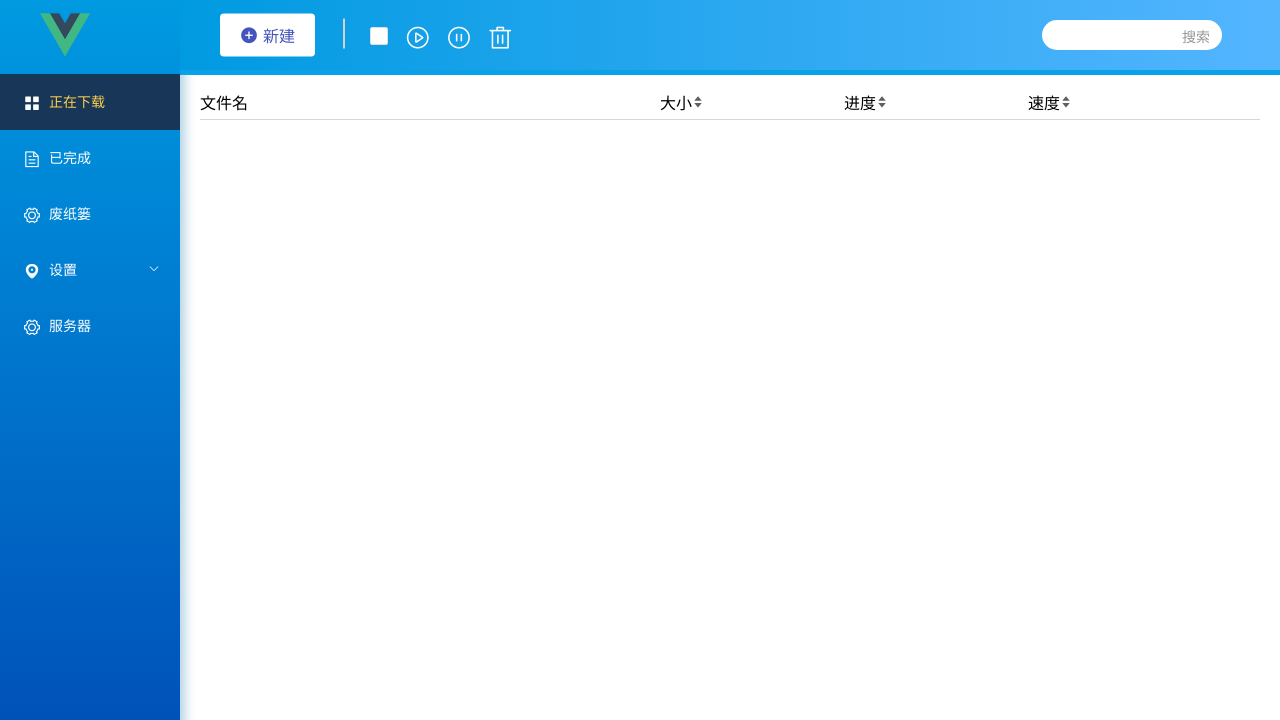
Repository: Ahui-qn/Aria2
Page: /
The author's editor kept a copy of each file at every save. The page is drawn from the files as they stood at one save, then again after the next save.
The browser window is 1280 px wide. The pictures show the whole page.
The page's requests for data from a server got no answer. The project was rebuilt for these pictures with package versions that can differ from the ones it lists, and the page was loaded fresh each time. No one was signed in, and anything a server would have sent is missing. Also part of the build but not shown: src/components/Tables.vue.

Above is the page before, as saved 2021-11-03 11:25:30.

After the next save:
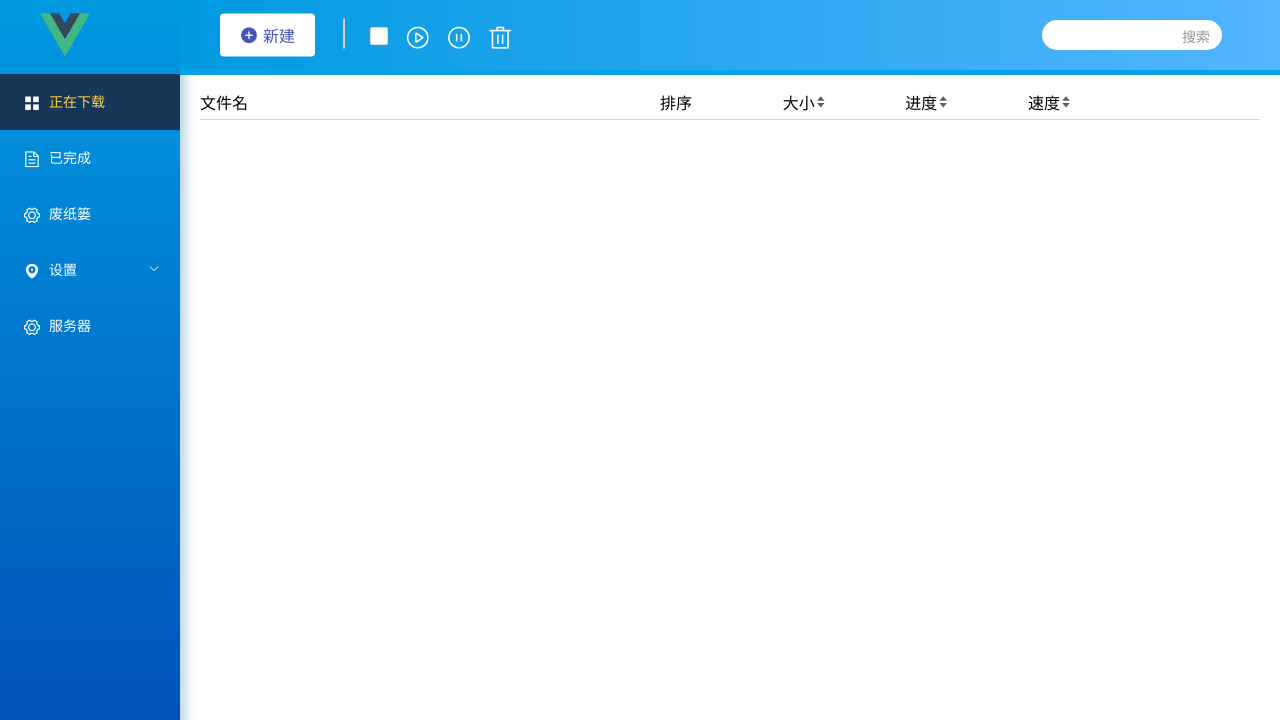
Saved 43 s later.
--- a/src/components/Header.vue
+++ b/src/components/Header.vue
@@ -33,6 +33,7 @@
         <header class="classify">
             <span>文件名</span>
             <div class="container">
+                <p>排序</p>
                 <div>
                     <span>大小</span>
                     <i class="el-icon-caret-top"></i>
